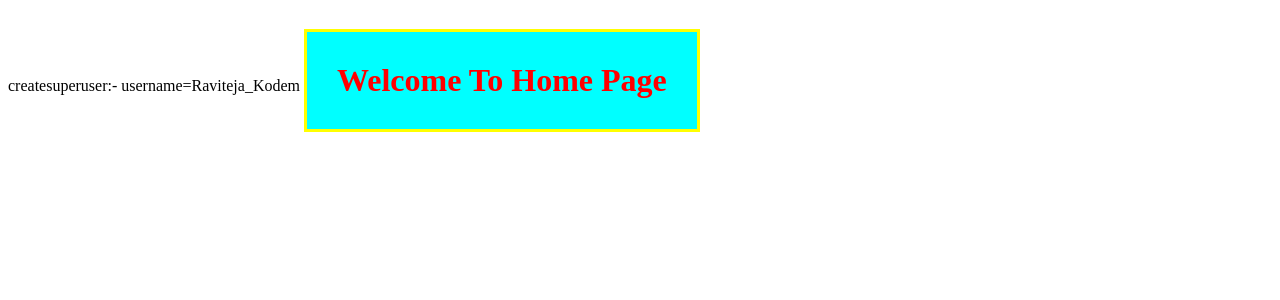
Repository: Raviteja6671/Django
Page: http://localhost/home/
These files come from the project's save history. The page is drawn as it stood at one moment and after a run of saves; the edit follows.
The browser window is 1280 px wide. The pictures show the whole page.
The page is served by the project's application, run on Django 5.2 (myProject/manage.py). Other server files are loaded and not shown.

Above is the page before, as saved 2025-12-07 19:51:54.

### myProject/basic/templates/home.html
<!DOCTYPE html>
<html lang="en">
<head>
    <meta charset="UTF-8">
    <meta name="viewport" content="width=device-width, initial-scale=1.0">
    <title>Document</title>
    <style>
        h1{
            background-color: aqua;
            color: red;
            border: 3px solid yellow;
            display: inline-block;
            padding: 30px;
        }
    </style>
    createsuperuser:-
    username=Raviteja_Kodem

</head>
<body>
    <h1>Welcome To Home Page</h1>
</body>
</html>

### myProject/basic/middleware.py
from django.http import JsonResponse
import re
import json
import jwt
from django.conf import settings

class BasicMiddleware:
    def __init__(self,get_response):
        self.get_response = get_response

    def __call__(self,request):
        print(request,"hello")
        if(request.path=="/student/"):
            print(request.method,"method")
            print(request.path)
        response=self.get_response(request)
        return response

# class signupMiddleware:
#     def __init__(self,get_response):
#         self.get_response = get_response
#     def __call__(self, request):
#         data = json.loads(request.body)
#         username=data.get('username')
#         email=data.get("email")
#         dob=data.get("dob")
#         password=data.get("pswd")


class basicMiddleware:
    def __init__(self, get_response):
        self.get_response = get_response
        # Define the list of specific URLs to monitor
        self.target_urls = [
            "/add_stu/",
            "/students/",
            "/student/",
            "/health/",
        ]

    def __call__(self, request):
        path = request.path
        print(f"Incoming request → {path}")

        if path in self.target_urls or path.startswith("/student/"):
            print("Middleware is Active for this URL")
            print(f"Method Used → {request.method}")
            print(f"Full Path → {path}")

            # Exp1 Block POST requests for testing
            if path == "/add_stu/" and request.method == "POST":
                print("⚠️ POST request detected on /add_stu/")

            # Exp2 Print user-agent header
            user_agent = request.META.get("HTTP_USER_AGENT", "Unknown")
            print(f"User-Agent: {user_agent}")

        response = self.get_response(request)

        #Exp3 Post-response actions
        if path.startswith("/students/"):
            print("Response successfully returned for student_related URL")

        return response


# 17/11/2025 class task

class SscMiddleware:
    def __init__(self, get_response):
        self.get_response = get_response
    def __call__(self, request):
        if request.path in ["/job1/", "/job2/"]:
            ssc_result = request.GET.get("ssc", "False")
            if ssc_result != "True":
                return JsonResponse({"error": "you should qualify atleast SSC for applying this job"},status=400)
        return self.get_response(request)


class MedicalMiddleware:
    def __init__(self, get_response):
        self.get_response = get_response
    def __call__(self, request):
        if request.path == "/job1/":
            medical_fit_result = request.GET.get("medically_fit", "False")
            if medical_fit_result != "True":
                return JsonResponse(
                    {"error": "your not Medically fit to apply for this job role"},
                    status=400)
        return self.get_response(request)


class AgeMiddleware:
    def __init__(self, get_response):
        self.get_response = get_response
    def __call__(self, request):
        if request.path in ["/job1/", "/job2/"]:
            age = int(request.GET.get("age", 17))
            if age < 18 or age > 25:
                return JsonResponse(
                    {"error": "age must be in between 18 too 25"},
                    status=400)
        return self.get_response(request)





#18/11/2025 class task


class UsernameMiddleware:
    def __init__(self, get_response):
        self.get_response = get_response

    def __call__(self, request):
        if request.path == "/signup/" and request.method == "POST":
            # Read JSON only once
            if not hasattr(request, "json_data"):
                try:
                    request.json_data = json.loads(request.body)
                except:
                    return JsonResponse({"error": "Invalid JSON"}, status=400)
            data = request.json_data
            username = data.get("username", "")
            if not username:
                return JsonResponse({"error": "Username is Required"}, status=400)
            if len(username) < 3 or len(username) > 20:
                return JsonResponse({"error": "Username must be 3 to 20 characters"}, status=400)
            if username[0] in "._" or username[-1] in "._":
                return JsonResponse({"error": "Username cannot start or end with . or _"}, status=400)
            if not re.match(r"^[a-zA-Z0-9._]+$", username):
                return JsonResponse({"error": "Username can contain letters, numbers, . and _ only"}, status=400)
            if ".." in username or "__" in username:
                return JsonResponse({"error": "Username cannot have double dots or double underscores"}, status=400)
        return self.get_response(request)


class EmailMiddleware:
    def __init__(self, get_response):
        self.get_response = get_response

    def __call__(self, request):
        if request.path == "/signup/" and request.method == "POST":
            if not hasattr(request, "json_data"):
                try:
                    request.json_data = json.loads(request.body)
                except:
                    return JsonResponse({"error": "Invalid JSON"}, status=400)
            data = request.json_data
            email = data.get("email", "")
            email_regex = r"^[a-zA-Z0-9._%+-]+@[a-zA-Z0-9.-]+\.[a-zA-Z]{2,}$"
            if not email:
                return JsonResponse({"error": "Email is required"}, status=400)
            if not re.match(email_regex, email):
                return JsonResponse({"error": "Invalid Email format"}, status=400)
        return self.get_response(request)


class PasswordMiddleware:
    def __init__(self, get_response):
        self.get_response = get_response

    def __call__(self, request):
        if request.path == "/signup/" and request.method == "POST":
            if not hasattr(request, "json_data"):
                try:
                    request.json_data = json.loads(request.body)
                except:
                    return JsonResponse({"error": "Invalid JSON"}, status=400)
            data = request.json_data
            password = data.get("password", "")
            password_regex = r"^(?=.*[a-z])(?=.*[A-Z])(?=.*\d)(?=.*[@$!%*#?&._])[A-Za-z\d@$!%*#?&._]{8,}$"
            if not password:
                return JsonResponse({"error": "Password is required"}, status=400)
            if not re.match(password_regex, password):
                return JsonResponse({
                    "error": "Password must contain 8+ characters, uppercase, lowercase, digit, special char"
                }, status=400)
        return self.get_response(request)


class authenticate_middleware():
    def __init__(self,get_response):
        self.get_response  = get_response
    def __call__(self, request):
        if request.path=="/getallusers/":
            token=request.headers.get("Authorization")
            print(token,"token") # prints the bearer <token>
            if not token:
                return JsonResponse({"error":"Authorization token Missing"},status=400)
            token_value=token.split(" ")[1]
            print(token_value,"token_value") # prints ['bearer','<token>']
            try:
                decode_data = jwt.decode(token_value, settings.SECRET_KEY, algorithms=["HS256"])
                print(decode_data,"decoded_data")
                request.token_data = decode_data
            except jwt.ExpiredSignatureError:
                return JsonResponse({"Error":"Token has expired, Please login again"},status=401)
            except jwt.exceptions.InvalidSignatureError:
                return JsonResponse({"error":"invalid token signature"},status=401)

        return self.get_response(request)

### myProject/basic/views.py
from django.shortcuts import render
import json
from django.http import HttpResponse
from django.http import JsonResponse
from django.db import connection
from django.views.decorators.csrf import csrf_exempt
from basic.models import student
from basic.models import Users
from django.conf import settings
import jwt
from datetime import datetime,timedelta
from zoneinfo import ZoneInfo
from django.contrib.auth.hashers import make_password,check_password

# Create your views here.

def sample(request):
    return HttpResponse('hello world')

def sample1(request):
    return HttpResponse('WelCome to Django')

def sampleInfo(request):
    data={"name":"raviteja","age":"22","city":"hyd"}
    # data=[4,6,8]
    return JsonResponse(data)

def dynamicResponse(request):
    name=request.GET.get("name"," Raviteja")
    city=request.GET.get("city","Hyderabad")
    return HttpResponse(f"Hello {name} From {city} !")

def add(request):
    a = int(request.GET.get('a', 8))
    b = int(request.GET.get('b', 9))
    return HttpResponse(f"Addition: {a + b}")

def sub(request):
    a = int(request.GET.get('a', 12))
    b = int(request.GET.get('b', 5))
    return HttpResponse(f"Subtraction: {a - b}")

def mul(request):
    a = int(request.GET.get('a', 18))
    b = int(request.GET.get('b', 4))
    return HttpResponse(f"Multiplication: {a * b}")

def div(request):
    a = int(request.GET.get('a', 8))
    b = int(request.GET.get('b', 6))  # Avoid division by zero default
    try:
        result = a / b
    except ZeroDivisionError:
        return HttpResponse("Error: Division by zero")
    return HttpResponse(f"Division: {result}")

# Health check endpoint
def health(request):
    try:
        with connection.cursor() as c:
            c.execute("SELECT 1")
        return JsonResponse({"status": "ok", "db": "connected"})
    except Exception as e:
        return JsonResponse({"status": "error", "db": str(e)})



# POST - Create new student
@csrf_exempt
def add_student(request):
    print(request.method)
    if request.method == "POST":
        data = json.loads(request.body)
        email = data.get("email")
        # Check if email already exists
        if student.objects.filter(email=email).exists():
            return JsonResponse({"error": "Email already exists"}, status=400)
        # Create new student
        stu = student.objects.create(
            name=data.get("name"),
            age=data.get("age"),
            email=email
        )
        return JsonResponse({"status": "success", "id": stu.id}, status=201)

# GET - Retrieve all students
    elif request.method == "GET":
        result = list(student.objects.values())
        return JsonResponse({"status": "success", "data": result}, status=200)

# DELETE - Delete student by ID
    elif request.method == "DELETE":
        data = json.loads(request.body)
        ref_id = data.get("id")
        try:
            deleting_data = student.objects.filter(id=ref_id).values().first()
            if not deleting_data:
                return JsonResponse({"error": "Student not found"}, status=404)
            student.objects.get(id=ref_id).delete()
            return JsonResponse({
                "status": "deleted",
                "deleted_data": deleting_data
            }, status=200)
        except student.DoesNotExist:
            return JsonResponse({"error": "Student not found"}, status=404)

# PUT - Full update (update all fields)
    elif request.method == "PUT":
        data = json.loads(request.body)
        ref_id = data.get("id")
        try:
            stu = student.objects.get(id=ref_id)
        except student.DoesNotExist:
            return JsonResponse({'error': "Student not found"}, status=404)
        # Check if new email already exists
        new_email = data.get("email")
        if student.objects.filter(email=new_email).exclude(id=ref_id).exists():
            return JsonResponse({"error": "Email already exists"}, status=400)
        stu.name = data.get("name", stu.name)
        stu.age = data.get("age", stu.age)
        stu.email = data.get("email", stu.email)
        stu.save()
        updated_data = student.objects.filter(id=ref_id).values().first()
        return JsonResponse({"status": "full update success", "updated_data": updated_data}, status=200)

# PATCH - Partial update (only update specific fields)
    elif request.method == "PATCH":
        data = json.loads(request.body)
        ref_id = data.get("id")
        try:
            stu = student.objects.get(id=ref_id)
        except student.DoesNotExist:
            return JsonResponse({'error': "Student not found"}, status=404)
        # Update only fields provided in the request
        if "name" in data:
            stu.name = data["name"]
        if "age" in data:
            stu.age = data["age"]
        if "email" in data:
            new_email = data["email"]
            # Check if email already exists
            if student.objects.filter(email=new_email).exclude(id=ref_id).exists():
                return JsonResponse({"error": "Email already exists"}, status=400)
            stu.email = new_email
        stu.save()
        updated_data = student.objects.filter(id=ref_id).values().first()
        return JsonResponse({"status": "partial update success", "updated_data": updated_data}, status=200)

    return JsonResponse({'error': "Unsupported method"}, status=405)



# 11/11/2025 task operations

def get_all_students(request):
    students = student.objects.all()
    data = list(students.values())
    return JsonResponse(data, safe=False)

def get_student_by_id(request, id):
    try:
        s = student.objects.get(id=id)
        data = {'id': s.id, 'name': s.name, 'age': s.age, 'email': s.email}
        return JsonResponse(data)
    except student.DoesNotExist:
        return JsonResponse({'error': 'Student not found'}, status=404)

def filter_students_age_gte_20(request):
    students = student.objects.filter(age__gte=20)
    data = list(students.values())
    return JsonResponse(data, safe=False)

def filter_students_age_lte_25(request):
    students = student.objects.filter(age__lte=25)
    data = list(students.values())
    return JsonResponse(data, safe=False)

def get_unique_ages(request):
    ages = student.objects.values_list('age', flat=True).distinct()
    return JsonResponse(list(ages), safe=False)

def count_total_students(request):
    total = student.objects.count()
    return JsonResponse({'total_students': total})


def job1(request):
    return JsonResponse({"message":"You have successfully applied for job1"},status=200)

def job2(request):
    return JsonResponse({"Message":"you have successfully applied for job2"},status=200)



# 18/11/2025 class

@csrf_exempt               #POST OPERATION
def signUp(request):
    if request.method == "POST":
        data = request.json_data   # <-- use this

        username = data.get("username")
        email = data.get("email")
        password =make_password(data.get("password"))

        if not username or not email or not password:
            return JsonResponse({"Message": "All fields are required"}, status=400)

        user = Users.objects.create(
            username=username,
            email=email,
            password=password
        )

        return JsonResponse({"Message": "User Registered", "id": user.id}, status=200)

    return JsonResponse({"Message": "Invalid Request Method"}, status=405)


@csrf_exempt                              # GET OPERATION
def getUsers(request):
    if request.method == "GET":
        users = Users.objects.all()

        data = []
        for user in users:
            data.append({
                "id": user.id,
                "username": user.username,
                "email": user.email,
                "password": user.password   # If you want to hide password, tell me
            })

        return JsonResponse({"users": data}, status=200)

    return JsonResponse({"Message": "Invalid Request Method"}, status=405)



@csrf_exempt                            # DELETE OPERATION
def deleteUser(request, id):
    if request.method == "DELETE":
        try:
            user = Users.objects.get(id=id)
            user.delete()
            return JsonResponse({"Message": "User Deleted Successfully", "id": id}, status=200)
        except Users.DoesNotExist:
            return JsonResponse({"Message": "User Not Found"}, status=404)

    return JsonResponse({"Message": "Invalid Request Method"}, status=405)


# @csrf_exempt
# def login(request):
#     if request.method=="POST":
#         data=request.POST
#         print(data)
#         username=data.get('username')
#         password=data.get("password")
#         try:
#             user=Users.objects.get(username=username)
#             if check_password(password,user.password):
#                 token="a json web token"

#                 return JsonResponse({"status":"successfully Loggedin","token":token},status=200)
#             else:
#                 return JsonResponse({"status":"failure","message":"invalid password"},status=400)
#         except Users.DoesNotExist:
#             return JsonResponse({"status":"failure","message":"user not found"},status=400)

@csrf_exempt
def login(request):
    if request.method == "POST":
        data = request.POST
        username = data.get("username")
        password = data.get("password")

        try:
            user = Users.objects.get(username=username)
            issued_time=datetime.now(ZoneInfo("Asia/Kolkata"))
            expired_time=issued_time+timedelta(minutes=50)
            if password == user.password:
                # token="a json web token"
                payload = {
                    "username": user.username,
                    "email": user.email,
                    "id": user.id,
                    "exp":expired_time
                }
                #creating jwt token
                token = jwt.encode(payload, settings.SECRET_KEY, algorithm="HS256")
                return JsonResponse({"status": "successfully Loggedin", "token": token,"issued_at":issued_time,"Token_expired_at":expired_time,"Token_expires_in-Minitues_is":int((expired_time-issued_time).total_seconds()/60)}, status=200)
            else:
                return JsonResponse({"status": "failure", "message": "invalid password"}, status=400)
        except Users.DoesNotExist:
            return JsonResponse({"status": "failure", "message": "user not found"}, status=400)



@csrf_exempt
def check(request):
    hashed="pbkdf2_sha256$1000000$oWRnje0wvfd1GDEWVxl1cH$ISOcbGnboV91VHZ9hLKmh+kOIwxLHACntmEfaRKMd+4="
    ipdata=request.POST
    print(ipdata)
    #hashed=make_password(ipdata.get('ip'))
    x=check_password(ipdata.get("ip"),hashed)
    print(x)
    return JsonResponse({"status":"success","data":x},status=200)


@csrf_exempt
def getAllUsers(request):
    if request.method == "GET":
        users = list(Users.objects.values())
        print(request.token_data, "token_data in view")
        print(request.token_data.get("username"), "username from token")
        print(users, "users list")
        token_username = request.token_data.get("username")
        usernames = [u["username"] for u in users]
        if token_username not in usernames:
            return JsonResponse({"error": "unauthorized access"}, status=401)
        return JsonResponse({"status": "success", "data": users}, status=200)

    return JsonResponse({"status": "failed", "message": "Only GET method allowed"}, status=400)


def home(request):
    return render(request,'home.html')

def aboutus(request):
    return render(request,'aboutus.html')

### myProject/myProject/urls.py
"""
URL configuration for myProject project.

The `urlpatterns` list routes URLs to views. For more information please see:
    https://docs.djangoproject.com/en/5.1/topics/http/urls/
Examples:
Function views
    1. Add an import:  from my_app import views
    2. Add a URL to urlpatterns:  path('', views.home, name='home')
Class-based views
    1. Add an import:  from other_app.views import Home
    2. Add a URL to urlpatterns:  path('', Home.as_view(), name='home')
Including another URLconf
    1. Import the include() function: from django.urls import include, path
    2. Add a URL to urlpatterns:  path('blog/', include('blog.urls'))
"""
from django.contrib import admin
from django.urls import path
from basic.views import sample
from basic.views import sample1
from basic.views import sampleInfo
from basic.views import dynamicResponse
from basic.views import add, sub, mul, div, health, add_student, check, login, getAllUsers, home, aboutus
from basic.views import get_all_students, get_student_by_id, filter_students_age_gte_20,  filter_students_age_lte_25, get_unique_ages, count_total_students
from basic.views import job1,job2,signUp
from basic import views

urlpatterns = [
    path('admin/', admin.site.urls),
    path('greet/',sample),
    path('53r54r/',sample1),
    path('info/',sampleInfo),
    path('name/',dynamicResponse),
    path('add/', add),
    path('sub/', sub),
    path('mul/', mul),
    path('div/', div),
    path('health/',health),
    path('add_stu/',add_student),
    path('job1/',job1),
    path('job2/',job2),
    path('check/',check),
    path('login/',login),
    path('getallusers/',getAllUsers),
    path("signup/", views.signUp),
    path("get-users/", views.getUsers),
    path("delete-user/<int:id>/", views.deleteUser),
    path('home/',home),
    path('aboutus/',aboutus),


    path('students/', get_all_students, name='get_all_students'),
    path('student/<int:id>/', get_student_by_id, name='get_student_by_id'),
    path('students/age_gte_20/', filter_students_age_gte_20, name='filter_students_age_gte_20'),
    path('students/age_lte_25/', filter_students_age_lte_25, name='filter_students_age_lte_25'),
    path('students/unique_ages/', get_unique_ages, name='get_unique_ages'),
    path('students/count/', count_total_students, name='count_total_students'),
]

After the next 2 saves:
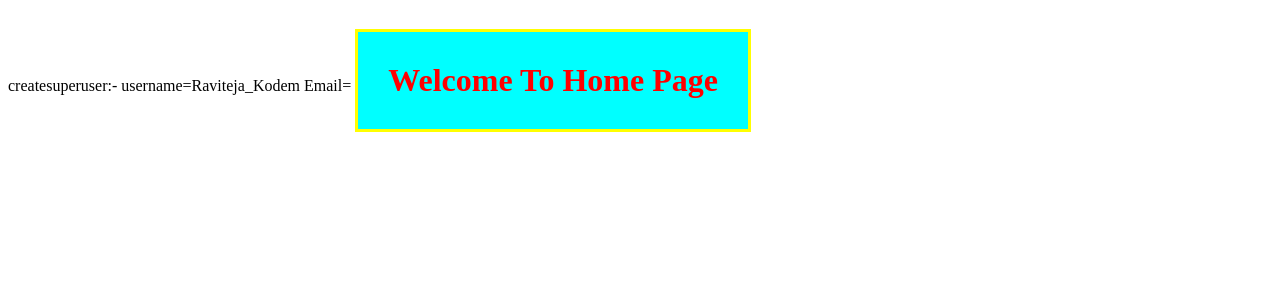
The 2 saves are shown as one change because they came seconds apart.
The last was saved 6 s later.
--- a/myProject/basic/templates/home.html
+++ b/myProject/basic/templates/home.html
@@ -15,7 +15,7 @@
     </style>
     createsuperuser:-
     username=Raviteja_Kodem
-
+    Email=
 </head>
 <body>
     <h1>Welcome To Home Page</h1>
